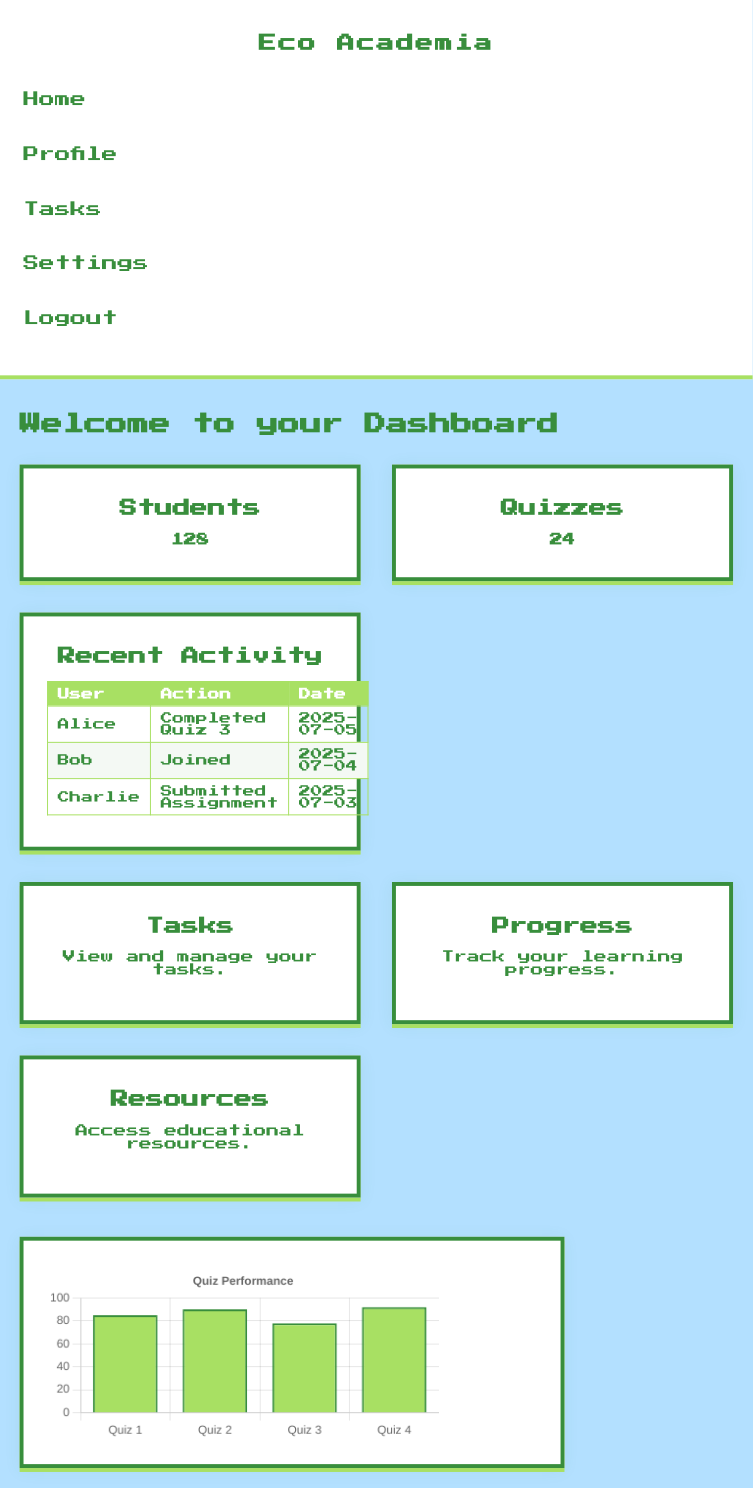
Repository: hotaruhshs/eco-academia
Page: admin/dashboard.html
These files come from the project's save history. The page is drawn as it stood at one moment and after the next save; the edit follows.
The browser window is 768 px wide. The pictures show the whole page, at 98% of full size.

Above is the page before, as saved 2025-07-06 01:44:08.

### admin/dashboard.html
<!DOCTYPE html>
<html lang="en">
  <head>
    <meta charset="UTF-8" />
    <meta name="viewport" content="width=device-width, initial-scale=1.0" />
    <title>Eco Academia Dashboard</title>
    <link rel="stylesheet" href="css/dashboard.css" />
    <link
      href="https://fonts.googleapis.com/css2?family=Press+Start+2P&display=swap"
      rel="stylesheet"
    />
  </head>
  <body>
    <div class="sidebar">
      <h2>Eco Academia</h2>
      <ul>
        <li><a href="#">Home</a></li>
        <li><a href="#">Profile</a></li>
        <li><a href="#">Tasks</a></li>
        <li><a href="#">Settings</a></li>
        <li><a href="#">Logout</a></li>
      </ul>
    </div>
    <div class="main-content">
      <h1>Welcome to your Dashboard</h1>
      <div class="metrics-cards">
        <div class="card metric-card">
          <h3>Students</h3>
          <p class="metric-value">128</p>
        </div>
        <div class="card metric-card">
          <h3>Quizzes</h3>
          <p class="metric-value">24</p>
        </div>
        <div class="card metric-card">
          <h3>Recent Activity</h3>
          <table class="activity-table">
            <thead>
              <tr>
                <th>User</th>
                <th>Action</th>
                <th>Date</th>
              </tr>
            </thead>
            <tbody>
              <tr>
                <td>Alice</td>
                <td>Completed Quiz 3</td>
                <td>2025-07-05</td>
              </tr>
              <tr>
                <td>Bob</td>
                <td>Joined</td>
                <td>2025-07-04</td>
              </tr>
              <tr>
                <td>Charlie</td>
                <td>Submitted Assignment</td>
                <td>2025-07-03</td>
              </tr>
            </tbody>
          </table>
        </div>
      </div>
      <div class="cards">
        <div class="card">
          <h3>Tasks</h3>
          <p>View and manage your tasks.</p>
        </div>
        <div class="card">
          <h3>Progress</h3>
          <p>Track your learning progress.</p>
        </div>
        <div class="card">
          <h3>Resources</h3>
          <p>Access educational resources.</p>
        </div>
      </div>
      <div class="charts-section">
        <canvas id="progressChart" width="400" height="180"></canvas>
      </div>
    </div>
    <script src="js/dashboard.js"></script>
  </body>
</html>

### admin/css/dashboard.css
body {
  margin: 0;
  font-family: "Press Start 2P", "Segoe UI", Tahoma, Geneva, Verdana, sans-serif;
  background: #b3e0ff;
  color: #23272e;
  min-height: 100vh;
  /* Remove flex layout from body to allow normal block flow */
}

body::before,
body::after {
  display: none;
}
@import url("https://fonts.googleapis.com/css2?family=Press+Start+2P&display=swap");

.sidebar {
  position: fixed;
  left: 0;
  top: 0;
  width: 220px;
  height: 100%;
  background: #fff;
  color: #388e3c;
  padding: 20px 0;
  box-shadow: 4px 0 0 #a8e063;
  border-right: 4px solid #a8e063;
}
.sidebar h2 {
  text-align: center;
  margin-bottom: 30px;
  font-family: "Press Start 2P", cursive;
  font-size: 18px;
  letter-spacing: 2px;
  color: #388e3c;
}
.sidebar ul {
  list-style: none;
  padding: 0;
}
.sidebar ul li {
  margin: 20px 0;
}
.sidebar ul li a {
  color: #388e3c;
  text-decoration: none;
  font-size: 16px;
  display: block;
  padding: 10px 20px;
  border-radius: 0;
  border-left: 4px solid transparent;
  transition: background 0.2s, border-color 0.2s;
  font-family: "Press Start 2P", cursive;
}
.sidebar ul li a:hover {
  background: #a8e063;
  border-left: 4px solid #388e3c;
  color: #fff;
}
.main-content {
  margin-left: 240px;
  padding: 40px;
  max-width: 1100px;
  width: 100%;
  box-sizing: border-box;
}
.main-content h1 {
  color: #388e3c;
  font-family: "Press Start 2P", cursive;
  font-size: 22px;
  margin-bottom: 24px;
}
.cards {
  display: grid;
  grid-template-columns: repeat(3, 1fr);
  gap: 32px;
  margin-top: 30px;
  width: 100%;
}
.metrics-cards {
  display: grid;
  grid-template-columns: repeat(3, 1fr);
  gap: 32px;
  margin-top: 30px;
  margin-bottom: 32px;
  width: 100%;
}
.card {
  background: #fff;
  border-radius: 0;
  box-shadow: 0 4px 0 #a8e063, 0 2px 16px rgba(56, 142, 60, 0.08);
  padding: 32px 24px;
  border: 4px solid #388e3c;
  color: #388e3c;
  font-family: "Press Start 2P", "Segoe UI", Tahoma, Geneva, Verdana, sans-serif;
  text-align: center;
  transition: box-shadow 0.2s, border-color 0.2s;
  position: relative;
}
.card:hover {
  box-shadow: 0 8px 0 #a8e063, 0 4px 32px rgba(56, 142, 60, 0.18);
  border-color: #a8e063;
}
.card h3 {
  margin-top: 0;
  font-size: 18px;
  color: #388e3c;
  margin-bottom: 16px;
}
.card p {
  font-size: 13px;
  color: #388e3c;
}

/* Pixel-style button */
.btn-pixel {
  font-family: "Press Start 2P", cursive;
  background: #fff;
  color: #388e3c;
  border: 3px solid #388e3c;
  padding: 10px 24px;
  border-radius: 0;
  box-shadow: 2px 2px 0 #a8e063;
  cursor: pointer;
  transition: background 0.2s, color 0.2s;
  outline: 2px solid #a8e063;
  outline-offset: -6px;
  text-transform: uppercase;
  letter-spacing: 1px;
}
.btn-pixel:hover {
  background: #388e3c;
  color: #fff;
  border-color: #a8e063;
  outline: 2px solid #388e3c;
}

::-webkit-scrollbar {
  width: 8px;
  background: #fff;
}
::-webkit-scrollbar-thumb {
  background: #a8e063;
}
.metric-card {
  min-width: 180px;
}
.metric-value {
  font-size: 32px;
  font-weight: bold;
  color: #23272e;
  margin: 16px 0 0 0;
}
.activity-table {
  width: 100%;
  border-collapse: collapse;
  margin-top: 10px;
  font-size: 12px;
}
.activity-table th,
.activity-table td {
  border: 1px solid #a8e063;
  padding: 6px 10px;
  text-align: left;
}
.activity-table th {
  background: #a8e063;
  color: #fff;
}
.activity-table tr:nth-child(even) {
  background: #f4f9f4;
}
.charts-section {
  margin-top: 40px;
  background: #fff;
  border: 4px solid #388e3c;
  box-shadow: 0 4px 0 #a8e063, 0 2px 16px rgba(56, 142, 60, 0.08);
  padding: 24px;
  border-radius: 0;
  max-width: 500px;
}

@media (max-width: 1100px) {
  .metrics-cards,
  .cards {
    grid-template-columns: repeat(2, 1fr);
  }
}
@media (max-width: 700px) {
  .metrics-cards,
  .cards {
    grid-template-columns: 1fr;
  }
}
@media (max-width: 900px) {
  .main-content {
    padding: 20px;
    margin-left: 0;
    max-width: 100vw;
  }
  .sidebar {
    position: static;
    width: 100%;
    height: auto;
    box-shadow: none;
    border-right: none;
    border-bottom: 4px solid #a8e063;
  }
}

### admin/js/dashboard.js
// dashboard.js
// Add interactivity here if needed
console.log('Dashboard loaded');

// Chart.js sample bar chart for progress
window.addEventListener('DOMContentLoaded', function () {
  if (document.getElementById('progressChart')) {
    const ctx = document.getElementById('progressChart').getContext('2d');
    // Load Chart.js from CDN if not present
    if (typeof Chart === 'undefined') {
      const script = document.createElement('script');
      script.src = 'https://cdn.jsdelivr.net/npm/chart.js';
      script.onload = () => renderChart(ctx);
      document.head.appendChild(script);
    } else {
      renderChart(ctx);
    }
  }
});

function renderChart(ctx) {
  new Chart(ctx, {
    type: 'bar',
    data: {
      labels: ['Quiz 1', 'Quiz 2', 'Quiz 3', 'Quiz 4'],
      datasets: [{
        label: 'Average Score',
        data: [85, 90, 78, 92],
        backgroundColor: '#a8e063',
        borderColor: '#388e3c',
        borderWidth: 2
      }]
    },
    options: {
      responsive: false,
      plugins: {
        legend: { display: false },
        title: { display: true, text: 'Quiz Performance' }
      },
      scales: {
        y: { beginAtZero: true, max: 100 }
      }
    }
  });
}

After the next save:
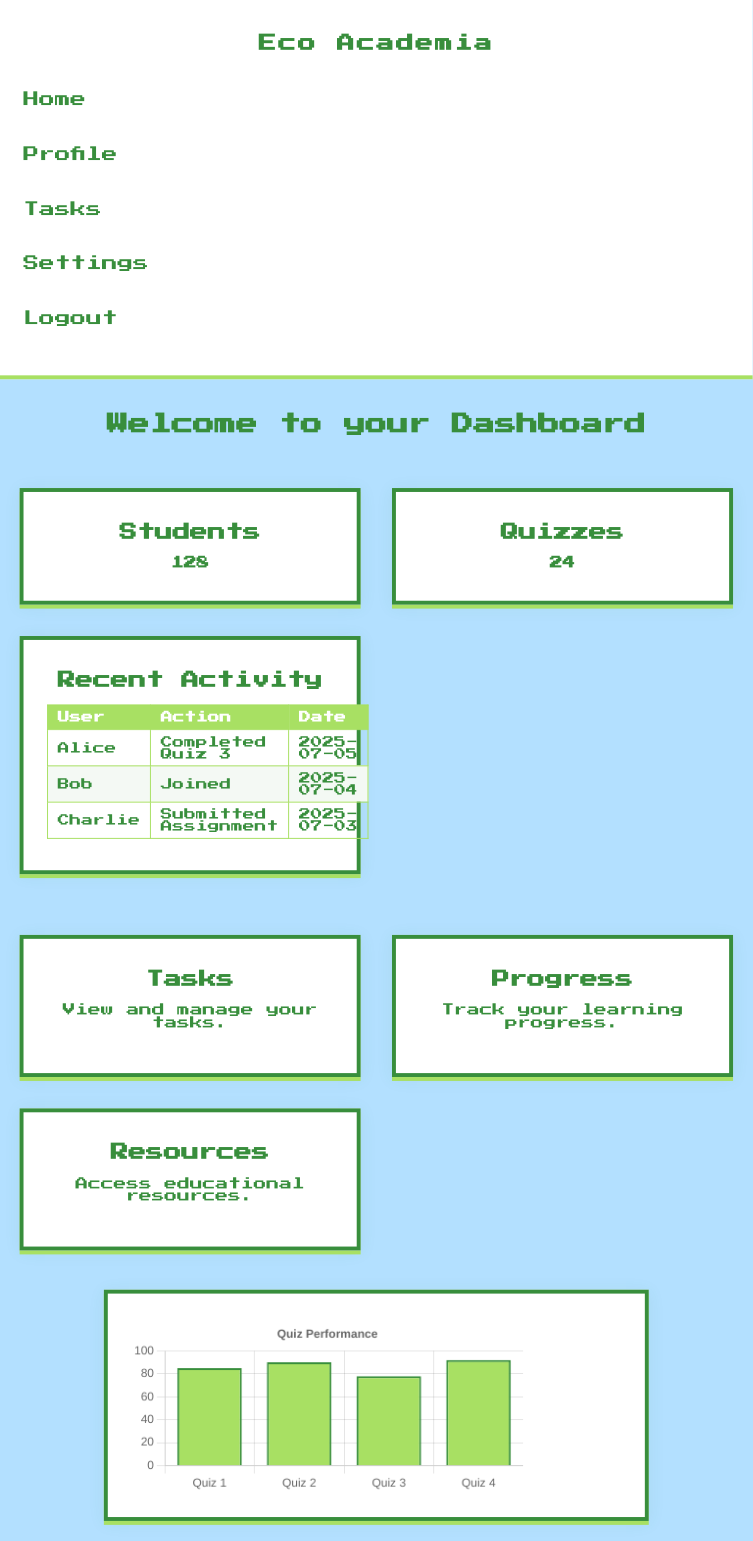
Saved 54 s later.
--- a/admin/css/dashboard.css
+++ b/admin/css/dashboard.css
@@ -59,9 +59,12 @@ body::after {
 .main-content {
   margin-left: 240px;
   padding: 40px;
-  max-width: 1100px;
-  width: 100%;
+  max-width: none;
+  width: calc(100vw - 240px);
   box-sizing: border-box;
+  display: flex;
+  flex-direction: column;
+  align-items: center;
 }
 .main-content h1 {
   color: #388e3c;
@@ -177,6 +180,9 @@ body::after {
   padding: 24px;
   border-radius: 0;
   max-width: 500px;
+  width: 100%;
+  margin-left: auto;
+  margin-right: auto;
 }
 
 @media (max-width: 1100px) {
@@ -193,9 +199,9 @@ body::after {
 }
 @media (max-width: 900px) {
   .main-content {
+    margin-left: 0;
+    width: 100vw;
     padding: 20px;
-    margin-left: 0;
-    max-width: 100vw;
   }
   .sidebar {
     position: static;
